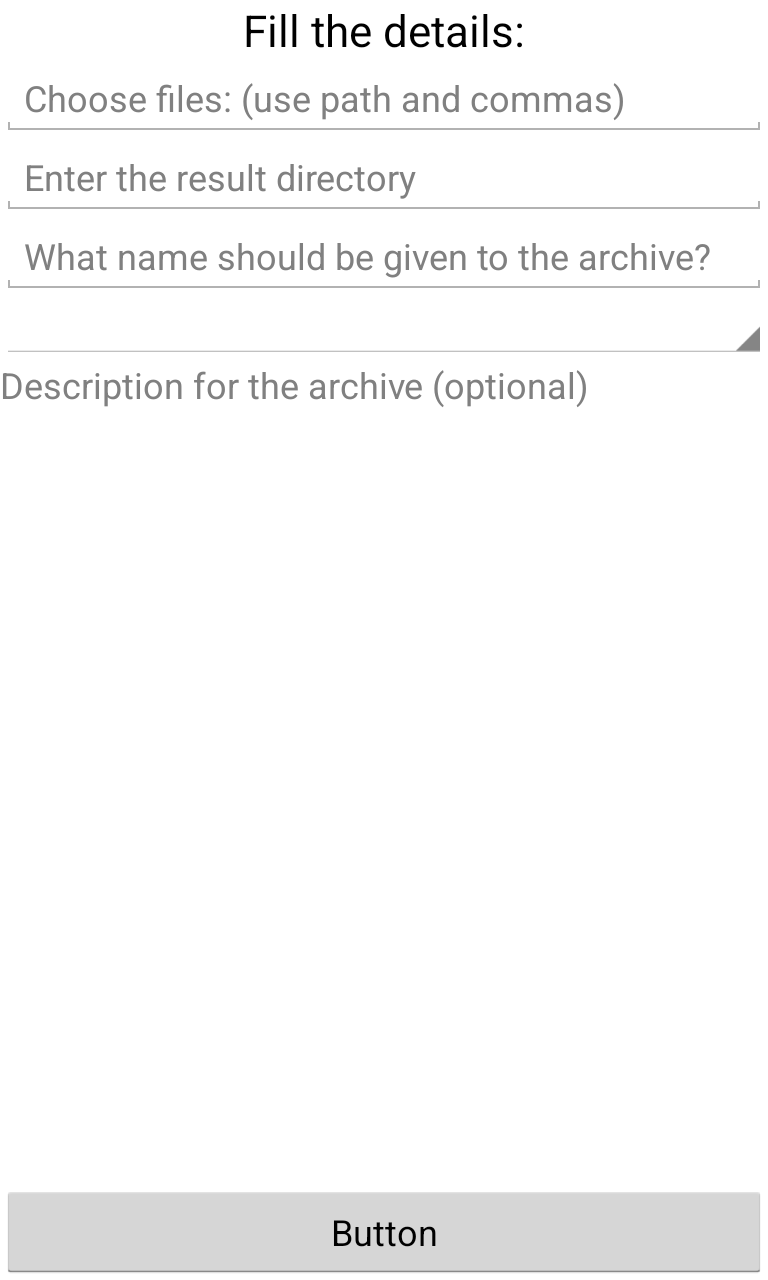
Repository: ya-ivanov/Android-Projects
Layout: Android Projects (OLD)/Zip It!/ZipIt/res/layout/activity_main.xml
These files come from the project's save history. The layout is drawn as it stood at one moment and after the next save; the edit follows.
It is drawn on a 768 x 1280 px phone screen (xhdpi) without system bars, with theme AppTheme; the app's code is not run.

Above is the layout before, as saved 2013-12-11 20:22:59.

### Android Projects (OLD)/Zip It!/ZipIt/res/layout/activity_main.xml
<LinearLayout xmlns:android="http://schemas.android.com/apk/res/android"
    android:layout_width="fill_parent"
    android:layout_height="fill_parent"
    android:orientation="vertical" >

    <TextView
        android:id="@+id/textView1"
        android:layout_width="match_parent"
        android:layout_height="wrap_content"
        android:gravity="center_horizontal"
        android:text="Fill the details:"
        android:textAppearance="?android:attr/textAppearanceLarge" />

    <EditText
        android:id="@+id/files"
        android:layout_width="match_parent"
        android:layout_height="wrap_content"
        android:ems="10"
        android:hint="Choose files: (use path and commas)" >
    </EditText>

    <EditText
        android:id="@+id/endDir"
        android:layout_width="match_parent"
        android:layout_height="wrap_content"
        android:ems="10"
        android:hint="Enter the result directory" >
    </EditText>

    <EditText
        android:id="@+id/archiveName"
        android:layout_width="match_parent"
        android:layout_height="wrap_content"
        android:ems="10"
        android:hint="What name should be given to the archive?" >
    </EditText>

    <Spinner
        android:id="@+id/spinner"
        android:layout_width="fill_parent"
        android:layout_height="wrap_content" />

    <TextView
        android:id="@+id/textView2"
        android:layout_width="match_parent"
        android:layout_height="wrap_content"
        android:layout_weight="1"
        android:hint="Description for the archive (optional)"
        android:textAppearance="?android:attr/textAppearanceMedium" />

    <Button
        android:id="@+id/button1"
        android:layout_width="match_parent"
        android:layout_height="wrap_content"
        android:text="Button" />

</LinearLayout>

Loaded but not shown: Android Projects (OLD)/Zip It!/ZipIt/res/values/styles.xml (common file); Android Projects (OLD)/Zip It!/ZipIt/res/values-v11/styles.xml (common file); Android Projects (OLD)/Zip It!/ZipIt/res/values-v14/styles.xml (common file)

After the next save:
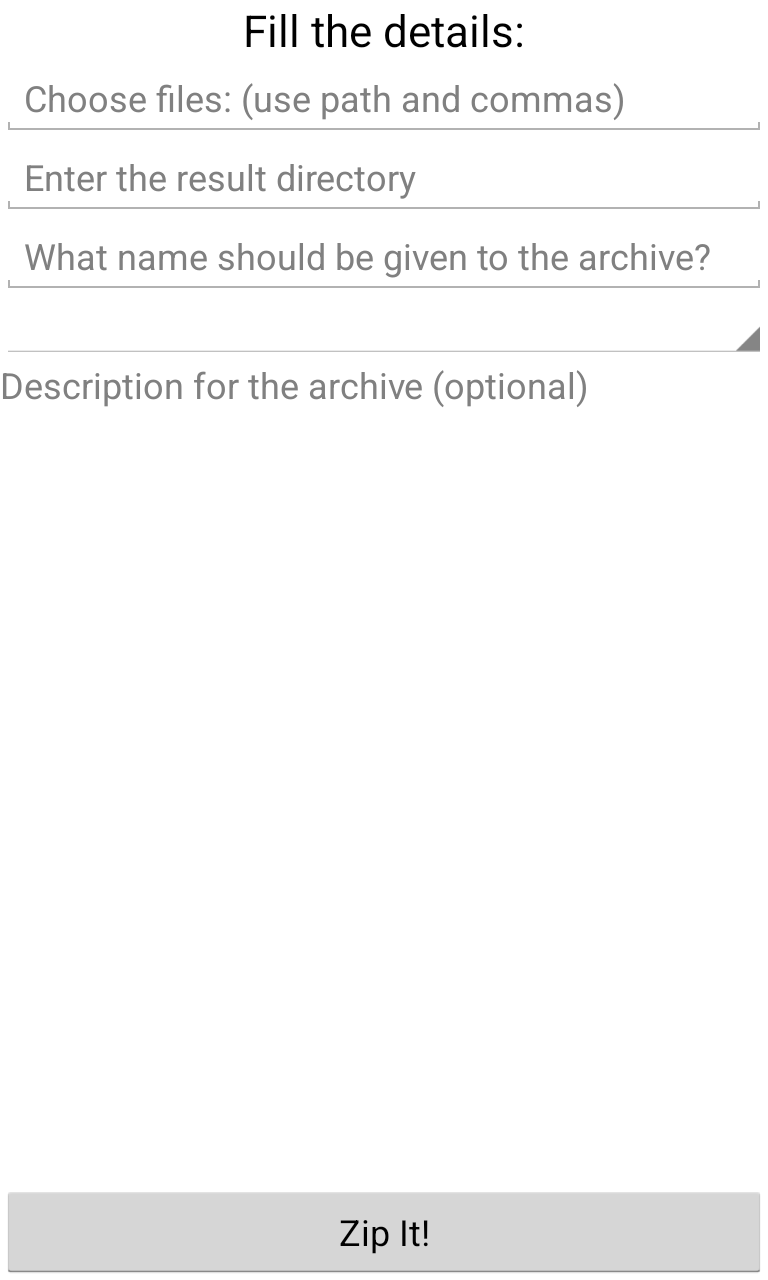
Saved 42 s later.
--- a/Android Projects (OLD)/Zip It!/ZipIt/res/layout/activity_main.xml
+++ b/Android Projects (OLD)/Zip It!/ZipIt/res/layout/activity_main.xml
@@ -52,6 +52,6 @@
         android:id="@+id/button1"
         android:layout_width="match_parent"
         android:layout_height="wrap_content"
-        android:text="Button" />
+        android:text="Zip It!" />
 
 </LinearLayout>
